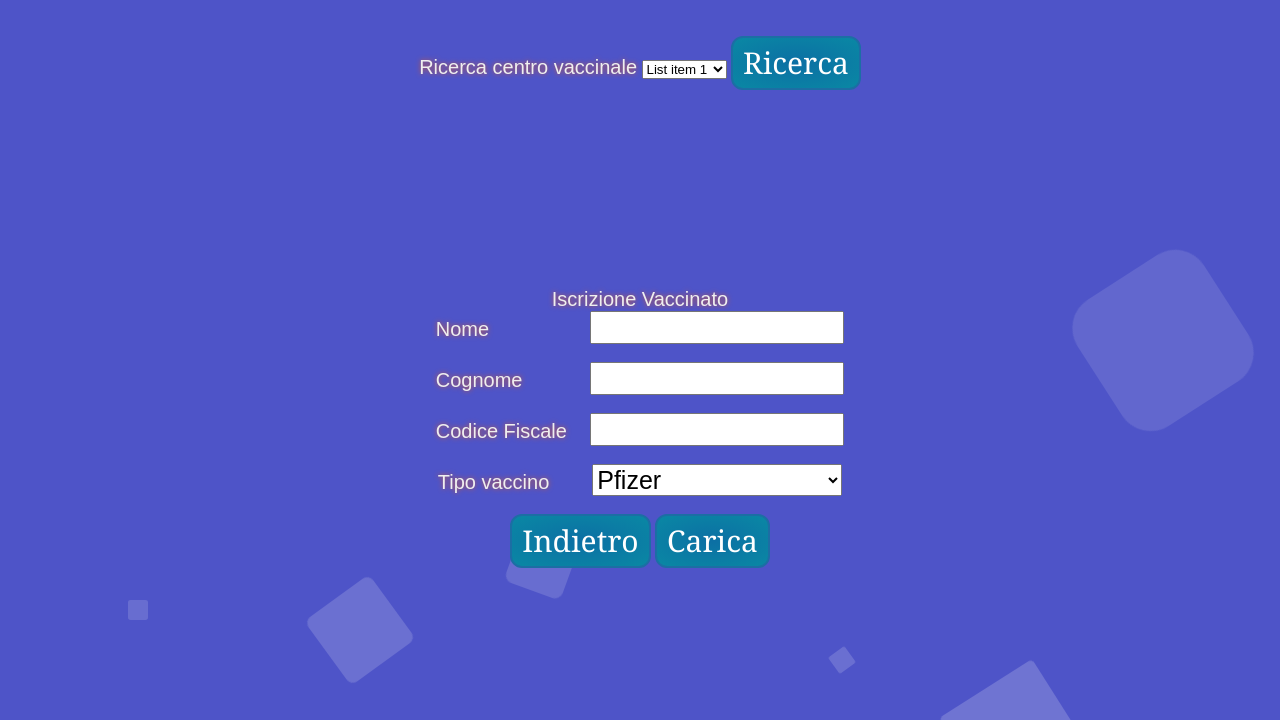
Repository: Jok98/CentriVaccinaliWebApp
Page: http://localhost/CentriVaccinaliOperatori/iscrizionevaccinato.jsp
An editor plug-in stored every save of this project. The page is shown before and after the next save, followed by the edit.
The browser window is 1280 px wide. The pictures show the whole page.
Some web fonts or font styles are not loaded; a fallback is used. The page is served by Tomcat 9.

Above is the page before, as saved 2022-09-24 17:47:19.

### CentriVaccinaliOperatori/src/main/webapp/iscrizionevaccinato.jsp
<%@ page language="java" contentType="text/html; charset=ISO-8859-1"
    pageEncoding="ISO-8859-1"%>
<!DOCTYPE html>
<html>
<head>
<meta charset="ISO-8859-1">
<link rel="stylesheet" href="css/form.css">
<link rel="stylesheet" href="css/background.css">
<title>Iscrizione Vaccinati</title>
</head>
<body>
	<div class="area">
		<ul class="circles">
			<li></li>
			<li></li>
			<li></li>
			<li></li>
			<li></li>
			<li></li>
			<li></li>
			<li></li>
			<li></li>
			<li></li>
		</ul>
	</div>
		<div class="reserch" align="center" >
		<form action="" >
		<a class="text">Ricerca centro vaccinale</a>
		<select Name="Name_of_list_box" Size="Number_of_options">
				<option>List item 1</option>
				<option>List item 2</option>
				<option>List item 3</option>
				<option>List item N</option>
		</select>
		<button class="button" type="submit">Ricerca</button>
	</form>
	</div>
	<div class="context" align="center" >
		<form action="" >
		<a class="text">Iscrizione Vaccinato</a>
		<br>
		<label class="label" class="button"  for="nomeVacc" >Nome </label>
		<input class="input" type="text" id="nomeVacc" name="nomeVacc">
		<br><br>
		<label class="label" for="cognomeVacc">Cognome </label>
		<input class="input" type="text" id="cognomeVacc" name="cognomeVacc">
		<br><br>
		<label class="label" for="codfisVacc">Codice Fiscale </label>
		<input class="input" type="text" id="codfisVacc" name="codfisVacc">
		<br><br>
		<label class="label" for="tipoCenvax">Tipo vaccino </label>
		<select class="input" name="tipoCenvax" id="tipoCenvax">
			<option value="Hub">Pfizer</option>
			<option value="Azienda">Moderna</option>
			<option value="Ospedale">Astrazeneca</option>
		</select>
		<br><br>
		<a class="button" type="submit" href="index.jsp"  >Indietro</a>
		<button class="button" type="submit">Carica</button>

		</form>
	</div>

</body>
</html>

### CentriVaccinaliOperatori/src/main/webapp/css/form.css
@charset "ISO-8859-1";

/* bottoni */
.button {
	color: rgb(255, 255, 255);
	font-size: 30px;
	line-height: 30px;
	padding: 10px;
	border-radius: 12px;
	font-family: Georgia, serif;
	font-weight: normal;
	text-decoration: none;
	font-style: normal;
	font-variant: normal;
	text-transform: none;
	background-image: radial-gradient(at center center, rgb(12, 111, 164) 0%,
		rgb(10, 136, 164) 100%, rgb(12, 111, 164) 100%);
	box-shadow: rgba(0, 0, 0, 0) 81px -57px 0px 0px;
	border: 2px solid rgb(28, 110, 164);
	display: inline-block;
}

.button:hover {
	background: #80c3ff;
}

.button:active {
	background: #1ca4ff;
}

.text{
	font-size: 20px;
	text-shadow: 0px 0px 5px #CE5937;
	color: #EFEFEF;

}

.label {
	display: inline-block;
	width:150px;
	text-align: left;
	font-size: 20px;
	text-shadow: 0px 0px 5px #CE5937;
	color: #EFEFEF;

}

.input {
	width:250px;
	font-size: 25px;
}

### CentriVaccinaliOperatori/src/main/webapp/css/background.css
@charset "ISO-8859-1";
@import url('https://fonts.googleapis.com/css?family=Exo:400,700');

*{
    margin: 0px;
    padding: 0px;
}

html{
    font-family: 'Exo', sans-serif;

}

.reserch{
	width: 100%;
    position: absolute;
    top:5vh;
}


.context {
    width: 100%;
    position: absolute;
    top:40vh;

}

.context h1{
    text-align: center;
    color: #fff;
    font-size: 50px;
}


.area{
    background: #4e54c8;
    background: -webkit-linear-gradient(to left, #8f94fb, #4e54c8);
    width: 100%;
    height:100vh;


}

.circles{
    position: absolute;
    top: 0;
    left: 0;
    width: 100%;
    height: 100%;
    overflow: hidden;
}

.circles li{
    position: absolute;
    display: block;
    list-style: none;
    width: 20px;
    height: 20px;
    background: rgba(255, 255, 255, 0.2);
    animation: animate 25s linear infinite;
    bottom: -150px;

}

.circles li:nth-child(1){
    left: 25%;
    width: 80px;
    height: 80px;
    animation-delay: 0s;
}


.circles li:nth-child(2){
    left: 10%;
    width: 20px;
    height: 20px;
    animation-delay: 2s;
    animation-duration: 12s;
}

.circles li:nth-child(3){
    left: 70%;
    width: 20px;
    height: 20px;
    animation-delay: 4s;
}

.circles li:nth-child(4){
    left: 40%;
    width: 60px;
    height: 60px;
    animation-delay: 0s;
    animation-duration: 18s;
}

.circles li:nth-child(5){
    left: 65%;
    width: 20px;
    height: 20px;
    animation-delay: 0s;
}

.circles li:nth-child(6){
    left: 75%;
    width: 110px;
    height: 110px;
    animation-delay: 3s;
}

.circles li:nth-child(7){
    left: 35%;
    width: 150px;
    height: 150px;
    animation-delay: 7s;
}

.circles li:nth-child(8){
    left: 50%;
    width: 25px;
    height: 25px;
    animation-delay: 15s;
    animation-duration: 45s;
}

.circles li:nth-child(9){
    left: 20%;
    width: 15px;
    height: 15px;
    animation-delay: 2s;
    animation-duration: 35s;
}

.circles li:nth-child(10){
    left: 85%;
    width: 150px;
    height: 150px;
    animation-delay: 0s;
    animation-duration: 11s;
}



@keyframes animate {

    0%{
        transform: translateY(0) rotate(0deg);
        opacity: 1;
        border-radius: 0;
    }

    100%{
        transform: translateY(-1000px) rotate(720deg);
        opacity: 0;
        border-radius: 50%;
    }

}

After the next save:
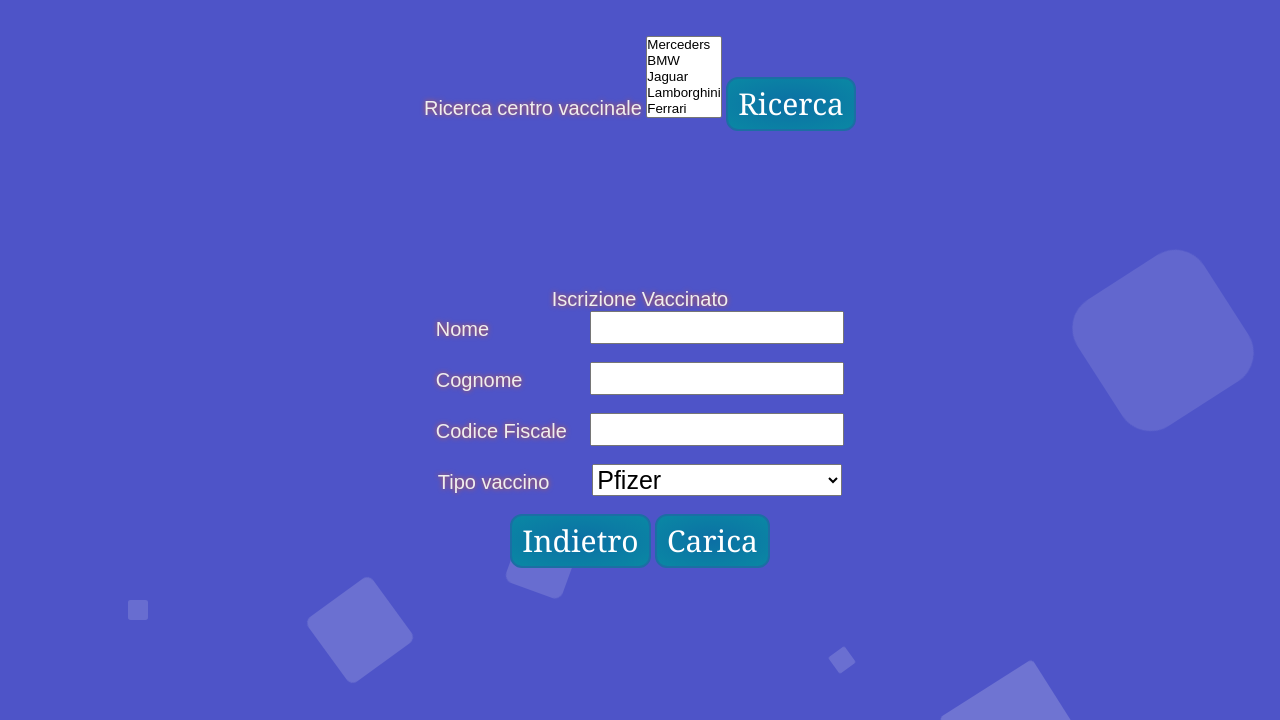
Saved 81 s later.
--- a/CentriVaccinaliOperatori/src/main/webapp/iscrizionevaccinato.jsp
+++ b/CentriVaccinaliOperatori/src/main/webapp/iscrizionevaccinato.jsp
@@ -26,11 +26,13 @@
 		<div class="reserch" align="center" >
 		<form action="" >
 		<a class="text">Ricerca centro vaccinale</a>
-		<select Name="Name_of_list_box" Size="Number_of_options">
-				<option>List item 1</option>
-				<option>List item 2</option>
-				<option>List item 3</option>
-				<option>List item N</option>
+		<select name="Cars" size="5">
+    <option value="Merceders"> Merceders </option>
+    <option value="BMW"> BMW </option>
+    <option value="Jaguar"> Jaguar </option>
+    <option value="Lamborghini"> Lamborghini </option>
+    <option value="Ferrari"> Ferrari </option>
+    <option value="Ford"> Ford </option>
 		</select>
 		<button class="button" type="submit">Ricerca</button>
 	</form>
